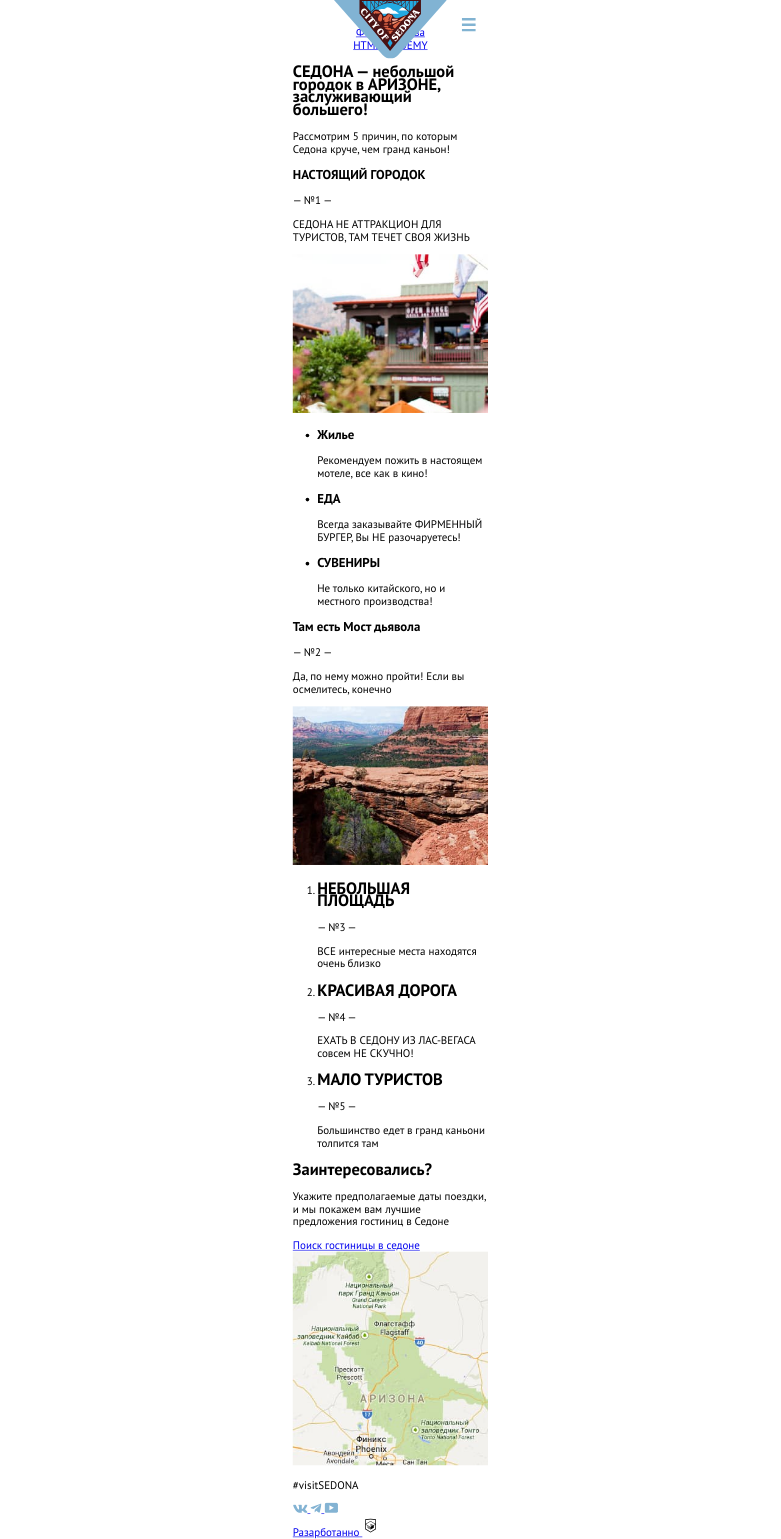
Repository: iKrekus/2149661-sedona-27
Page: source/index.html
The author's editor kept a copy of each file at every save. The page is drawn from the files as they stood at one save, then again after the next save.
The browser window is 1280 px wide. The pictures show the whole page, at 61% of full size.
The style sheet was rebuilt from its Sass, Less or Tailwind sources for each picture, by a compiler version that may differ from the author's.

Above is the page before, as saved 2022-12-02 20:51:21.

### source/index.html
<!DOCTYPE html>
<html class="page" lang="ru">
  <head>
    <meta charset="utf-8">
    <link rel="stylesheet" href="css/style.css">
    <title>HTML Academy: Седона</title>
  </head>
<body class="page__body">
  <header class="main-header">
    <a class="main-header__logo">
      <img src="img/logos/logo.svg" width="185" height="96" alt="Логотип 'Седона'.">
    </a>
    <div class="main-nav">
      <button class="main-nav__toggle" type="button">
        <span class="visually-hidden">Меню</span>
        <svg width="23" height="22" viewBox="0 0 23 22" fill="none" xmlns="http://www.w3.org/2000/svg"><path d="M22.9 0H0v4h22.9V0ZM22.9 9H0v4h22.9V9ZM22.9 18H0v4h22.9v-4Z" fill="#81B3D2"/></svg>
      </button>
      <nav class="main-nav__wrapper main-nav__wrapper--hidden">
        <a class="main-nav__item main-nav__item--current" href="index.html">
          Главная
        </a>
        <a class="main-nav__item" href="catalog.html">
          Фото и видео
        </a>
        <a class="main-nav__item" href="form.html">
          Форма отзыва
        </a>
        <a class="main-nav__item" href="https://htmlacademy.ru/">
          HTMLACADEMY
        </a>
      </nav>
    </div>
  </header>
  <main class="main-container">
    <h1 class="visually-hidden">Поиск гостиниц в Седоне</h1>
    <div class="hero-wrapper">
      <section class="hero-block">
        <h2 class="hero-block__title">
          СЕДОНА — небольшой городок в АРИЗОНЕ, заслуживающий большего!
        </h2>
        <p class="hero-block__description">
          Рассмотрим 5 причин, по которым Седона круче, чем гранд каньон!
        </p>
      </section>
    </div>
    <section class="features">
        <h3 class="features__features-title">
          НАСТОЯЩИЙ ГОРОДОК
        </h3>
        <p class="features__features-divider">
          <!--Далее будет сделан через псевдоэлемент Или потом будет выводится, как номер пункта в списке, если переделать features в список-->
          — №1 —
        </p>
        <p class="features__features-title">
          СЕДОНА НЕ АТТРАКЦИОН ДЛЯ ТУРИСТОВ, ТАМ ТЕЧЕТ СВОЯ ЖИЗНЬ
        </p>
      <img src="img/photo/sedona-town-mobile.jpg" alt="Фото Города." width="320" height="260">
    </section>
    <section class="advantages">
      <ul class="advantages__list advantages__list--no-number">
        <li class="advantages__item">
          <h3 class="advantages__title">
            Жилье
          </h3>
          <p class="advantages__description">
            Рекомендуем пожить в настоящем мотеле, все как в кино!
          </p>
        </li>
        <li class="advantages__item">
          <h3 class="advantages__title">
            ЕДА
          </h3>
          <p class="advantages__description">
            Всегда заказывайте ФИРМЕННЫЙ БУРГЕР, Вы НЕ разочаруетесь!
          </p>
        </li>
        <li class="advantages__item">
          <h3 class="advantages__title">
            СУВЕНИРЫ
          </h3>
          <p class="advantages__description">
            Не только китайского, но и местного производства!
          </p>
        </li>
      </ul>
    </section>
    <section class="features">
        <h3 class="features__features-title">
          Там есть Мост дьявола
        </h3>
        <p class="features__features-divider">
          <!--Далее будет сделан через псевдоэлемент Или потом будет выводится, как номер пункта в списке, если переделать features в список-->
          — №2 —
        </p>
        <p class="features__features-title">
          Да, по нему можно пройти! Если вы осмелитесь, конечно
        </p>
      <img src="img/photo/devil-gridge-mobile.jpg" alt="Фото - 'Мост дьявола'." width="320" height="260">
    </section>
    <section class="advantages">
      <ol class="advantages__list">
        <li class="advantages__item">
          <h2 class="advantages__title">
            НЕБОЛЬШАЯ ПЛОЩАДЬ
          </h2>
          <p class="advantages__advantages-divider">
            <!--Далее будет сделан через псевдоэлемент Или потом будет выводится, как номер пункта в списке, если переделать features в список-->
            — №3 —
          </p>
          <p class="advantages__description">
            ВСЕ интересные места находятся очень близко
          </p>
        </li>
        <li class="advantages__item">
          <h2 class="advantages__title">
            КРАСИВАЯ ДОРОГА
          </h2>
          <p class="advantages__advantages-divider">
            <!--Далее будет сделан через псевдоэлемент Или потом будет выводится, как номер пункта в списке, если переделать features в список-->
            — №4 —
          </p>
          <p class="advantages__description">
            ЕХАТЬ В СЕДОНУ ИЗ ЛАС-ВЕГАСА совсем НЕ СКУЧНО!
          </p>
        </li>
        <li class="advantages__item">
          <h2 class="advantages__title">
            МАЛО ТУРИСТОВ
          </h2>
          <p class="advantages__advantages-divider">
            <!--Далее будет сделан через псевдоэлемент Или потом будет выводится, как номер пункта в списке, если переделать features в список-->
            — №5 —
          </p>
          <p class="advantages__description">
            Большинство едет в гранд каньони толпится там
          </p>
        </li>
      </ol>
    </section>
    <section class="action-form">
      <h2 class="action-form__title">Заинтересовались?</h2>
      <p class="action-form__description">Укажите предполагаемые даты поездки,<br>и мы покажем вам лучшие предложения гостиниц в Седоне</p>
      <a class="action-form__link button button-serch" href="#">Поиск гостиницы в седоне</a>
    </section>
    <div class="search-map">
      <img src="img/photo/map-mobile.jpg" alt="Карта." width="320" height="350">
    </div>
  </main>
  <footer class="main-footer">
    <p class="main-footer__title">
      #visitSEDONA
    </p>
      <div class="main-footer__social">
          <a class="main-footer__link button" href="https://vk.com/htmlacademy">
              <span class="visually-hidden">Вконтакте</span>
              <svg aria-hidden="true" focusable="false" width="24" height="14" fill="none" xmlns="http://www.w3.org/2000/svg">
                <path fill-rule="evenodd" clip-rule="evenodd" d="M24.116 1.804c.166-.546 0-.948-.795-.948h-2.625c-.668 0-.976.347-1.143.73 0 0-1.335 3.196-3.226 5.272-.612.602-.89.793-1.224.793-.167 0-.418-.19-.418-.738V1.804c0-.656-.184-.948-.74-.948H9.817c-.417
              0-.668.304-.668.593 0 .621.946.765 1.043 2.513V7.76c0 .833-.153.984-.487.984-.89 0-3.055-3.21-4.34-6.885-.249-.715-.5-1.003-1.172-1.003H1.566c-.75 0-.9.347-.9.73 0 .682.89 4.07 4.145 8.551 2.17 3.06 5.225 4.72 8.008 4.72 1.67 0 1.875-.369
              1.875-1.004V11.54c0-.737.158-.884.687-.884.39 0 1.057.192 2.615 1.667 1.78 1.75 2.073 2.533 3.075 2.533h2.625c.75 0 1.126-.368.91-1.096-.238-.724-1.088-1.775-2.215-3.022-.612-.71-1.53-1.475-1.809-1.858-.389-.49-.278-.71 0-1.147 0 0 3.2-4.426
              3.533-5.929h.001Z" fill="#83B3D3"/>
              </svg>
          </a>
          <a class="main-footer__link button" href="https://t.me/htmlacademy">
              <span class="visually-hidden">Телеграмм</span>
              <svg aria-hidden="true" focusable="false" width="18" height="16" fill="none" xmlns="http://www.w3.org/2000/svg">
                <path d="M16.79.96.84 7.1c-1.09.44-1.08 1.05-.2 1.32l4.1 1.28 9.47-5.98c.44-.27.85-.13.52.17l-7.68 6.93-.28 4.22c.41 0 .6-.2.83-.41l1.99-1.94 4.13 3.06c.77.42 1.31.2 1.5-.71l2.72-12.8c.28-1.1-.43-1.61-1.16-1.28Z" fill="#83B3D3"/>
              </svg>
          </a>
          <a class="main-footer__link button" href="https://www.youtube.com/user/htmlacademyru">
              <span class="visually-hidden">Youtube</span>
              <svg aria-hidden="true" focusable="false" width="22" height="17" fill="none" xmlns="http://www.w3.org/2000/svg">
                <path d="M18.94.356H3.507C1.647.356.333 1.95.333 3.756V13.85c0 1.913 1.314 3.506 3.174 3.506H19.16c1.642 0 3.174-1.593 3.174-3.4v-10.2c-.219-1.806-1.532-3.4-3.393-3.4ZM7.995 12.894V4.819l7.333 4.037-7.333 4.038Z" fill="#83B3D3"/>
              </svg>
          </a>
      </div>
      <div class="copyrirht-footer-wrapper">
        <div class="copyrirht-footer">
          <a class="copyrirht-footer__link" href="https://htmlacademy.ru/">
            <span class="copyrirht-footer__description">Разарботанно</span>
            <span class="visually-hidden">HTML Academy</span>
            <svg xmlns="http://www.w3.org/2000/svg" viewBox="0 0 60 60" width="27" height="34"><path fill="#000000" d="M30.2 5h-.2l-19.7 2.1v36.2l19.7 11.7 19.7-11.7v-36.2l-19.5-2.1zm17 36.8l-17.2 10.2-17.2-10.2v-14.8l17.1 10.2v1.8l-11.7-7v1.8l11.8 7.1v1.9l-11.8-7v1.8l11.8 7 11.9-7.1v-7.6l5.3-3.2v15.1zm-.1-17l-4.7 2.8-2.2 1.3-10.3-6.1v1.8l8.8 5.3h-.1l-.2.1-1.3.7-7.3-4.3v1.8l5.8 3.4-1.4.9-4.3-2.6v1.8l2.9 1.7-2.9 1.7-17-10.1 17-10.2 17.2 10zm.1-1.8l-17.3-10.2-17.1 10.2v-13.6l17.2-1.8 17.2 1.8v13.6z"/></svg>
          </a>
        </div>
      </div>
  </footer>
</body>
</html>

### source/sass/style.scss
// Начните писать стили здесь
@use "./blocks/header/main-header.scss";
@use "./blocks/header/main-container.scss";
@use "./blocks/header/main-nav.scss";

@font-face {
  font-family: "PT sans";
  src: url("../fonts/ptsans.woff") format("woof"), url("../fonts/ptsans.woff2") format("woff2");
  font-style: normal;
  font-weight: 400;
  font-display: swap;
}

@font-face {
  font-family: "PT sans";
  src: url("../fonts/ptsansbold.woff") format("woof"), url("../fonts/ptsansbold.woff2") format("woff2");
  font-style: normal;
  font-weight: 700;
  font-display: swap;
}

.page__body {
  font-family: "PT Sans", sans-serif;
  font-size: 18px;
  font-style: normal;
  font-weight: 400;
  line-height: 21px;
  display: -webkit-box;
  display: -ms-flexbox;
  display: flex;
  -webkit-box-orient: vertical;
  -webkit-box-direction: normal;
  -ms-flex-direction: column;
  flex-direction: column;
  min-height: 100%;
  width: 320px;
  margin: 0 auto;
}

.visually-hidden {
  position: absolute;
  width: 1px;
  height: 1px;
  margin: -1px;
  border: 0;
  padding: 0;
  white-space: nowrap;
  clip-path: inset(100%);
  clip: rect(0 0 0 0);
  overflow: hidden;
}

### source/sass/blocks/header/main-header.scss
.main-header {
  background-color: #ffffff;
  position: relative;
}

.main-header__logo {
  position: absolute;
  z-index: 1;
  left: 50%;
  transform: translateX(-50%);
}

/* .main-header__menu {
  width: 100%;
  min-height: 56px;
} */

### source/sass/blocks/header/main-nav.scss
.main-nav {
  /* width: 100%; */
  min-height: 56px;
  padding: 0 20px;
  display: flex;
  justify-content: center;
  align-items: center;
  position: relative;
}

.main-nav__wrapper {
  display: flex;
  flex-direction: column;
  justify-content: center;
  align-items: center;
  width: 100%;
}

/* .main-nav__wrapper--hidden {
  display: none;
} */

.main-nav__toggle {
  position: absolute;
  right: 20px;
  top: 50%;
  transform: translateY(-50%);
  background: none;
  border: none;
  padding: 0;
  margin: 0;

  /* &:hover + .main-nav__wrapper, */
  &--is-active + .main-nav__wrapper {
    display: block;
  }
}

Loaded but not shown: source/sass/blocks/header/main-container.scss (no stored copy; drawn as an empty file)

After the next save:
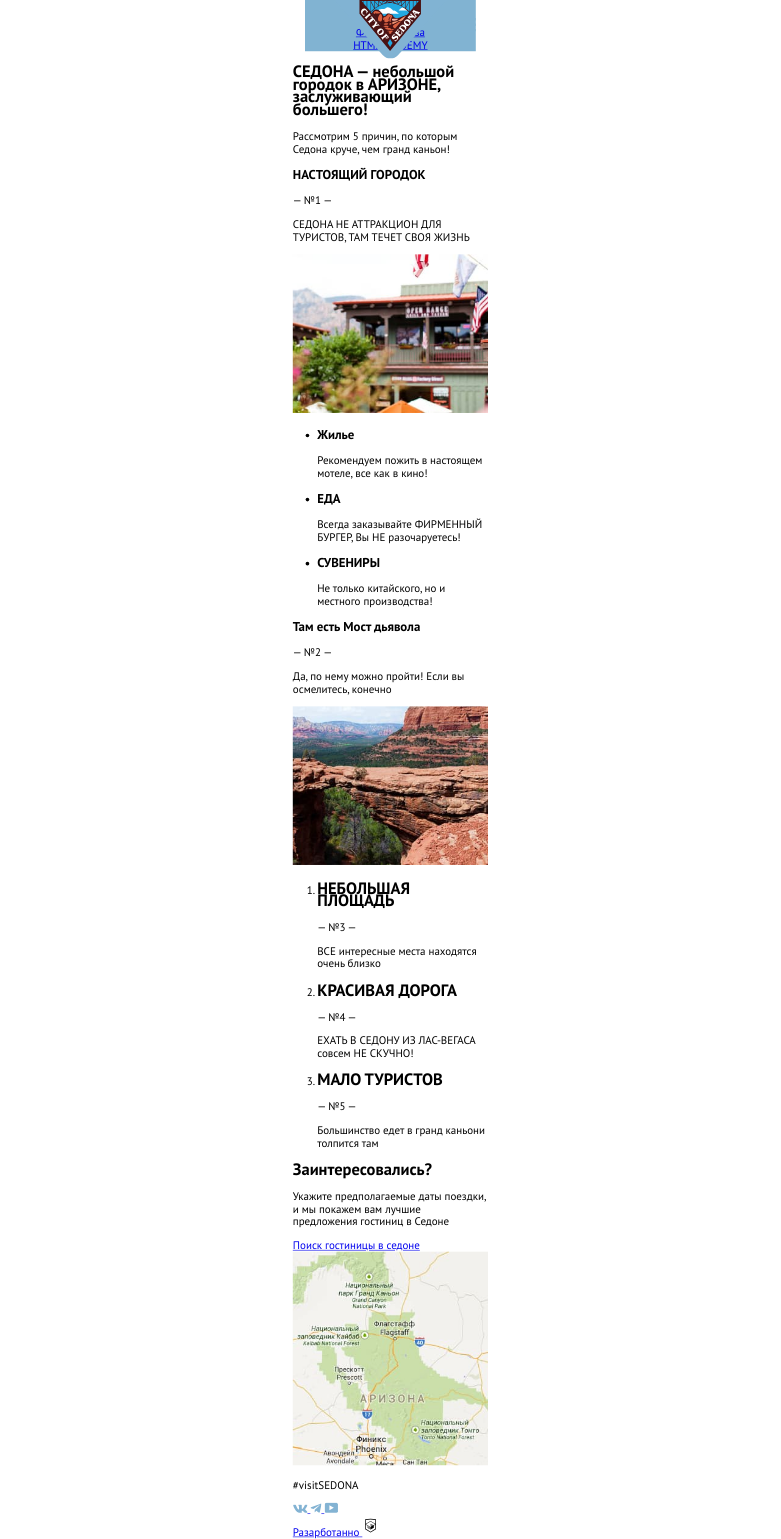
Saved 51 s later.
--- a/source/sass/blocks/header/main-nav.scss
+++ b/source/sass/blocks/header/main-nav.scss
@@ -14,6 +14,7 @@
   justify-content: center;
   align-items: center;
   width: 100%;
+  background-color: #81B3D2;
 }
 
 /* .main-nav__wrapper--hidden {
